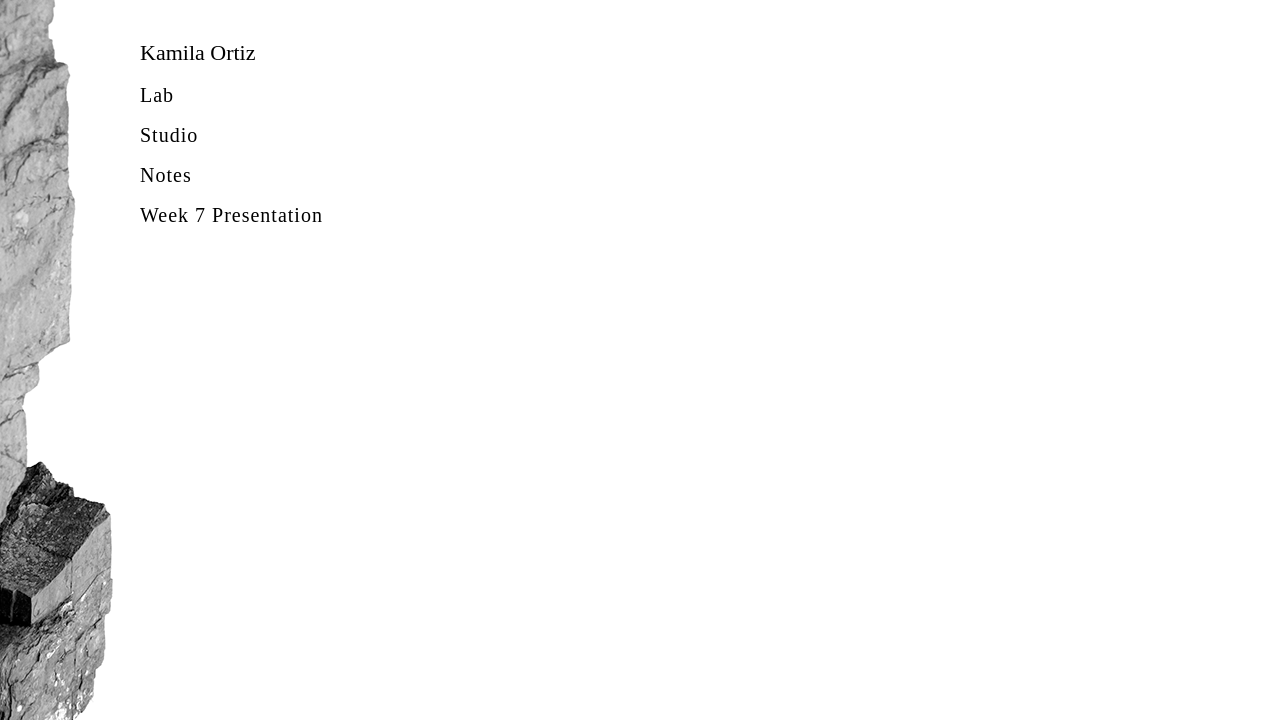
Repository: ortik455/ortik455.github.io
Page: index.html
The author's editor kept a record of every edit. The page is drawn from the files as they stood at one moment, then again after the next edit.
The browser window is 1280 px wide. The pictures show the whole page.

Above is the page before.

### index.html
<!DOCTYPE html>
<html>
	<head>
		<link rel="icon" href="studio/favicon.png" sizes="16x16 32x32" type="image/png">
		<link href="styles/global.css" rel="stylesheet" type="text/css">
		<title>Home Page</title>

	</head>

	<body>
	<div id="main_body">
		<h1>Kamila Ortiz</h1>

		<nav>
        <ul>
            <li><a href="lab/index.html">Lab</a></li>
            <li><a href="studio/index.html">Studio</a></li>
            <li><a href="notes/index.html">Notes</a></li>
            <li><a href="presentation.pdf">Week 7 Presentation</a></li>


        </ul>
    	</nav>
   	</div>
	</body>

</html>

### styles/global.css
html {
	overflow-y: scroll;
}
#main_body {
	background-color: #FFFFFF;
	width: 500px;
	height: 600px;
	padding-top: 20px;
	position: absolute;
	top: 10px;
	left: 140px;
}
div {
	display: block;
}
body {
	background-image: url("../notes/leftrock.png");
	background-repeat: no-repeat;
	font-family: 'Neuton', serif;
    background-color: #ffffff;
    font-size: 18px;
    text-align: center;
    }
p {
    color: black;
    font-size: 14px;
}
h1, h2, h3 {
	width: 160px;
	background-color: #FFFFFF;
    text-align: left;
	color: #000000;
	margin-top: 10px;
	margin-bottom: 0px;
	font-size: 22px;
	font-weight: 300;
	}
h2 {
	margin-bottom: 50px;
	font-size: 14px;
	}
h3 {
	margin-bottom: 50px;
	font-size: 14px;
}
a {
    text-decoration: none;
    font-size: 20px;
    letter-spacing: 1px;
}
nav ul {
	text-align: left;
	padding: 0;
	}
a:link {
    color: #000000;
    }
a:visited {
    color: #000000;
    }
a:hover {
    color: #8A8A8A;
}
li {
	display: block;
	width: 300px;
	height: 40px;
	}
.back {
    font-size: 12px;
    letter-spacing: 0px;
    padding: 10px;
}

After the next edit:
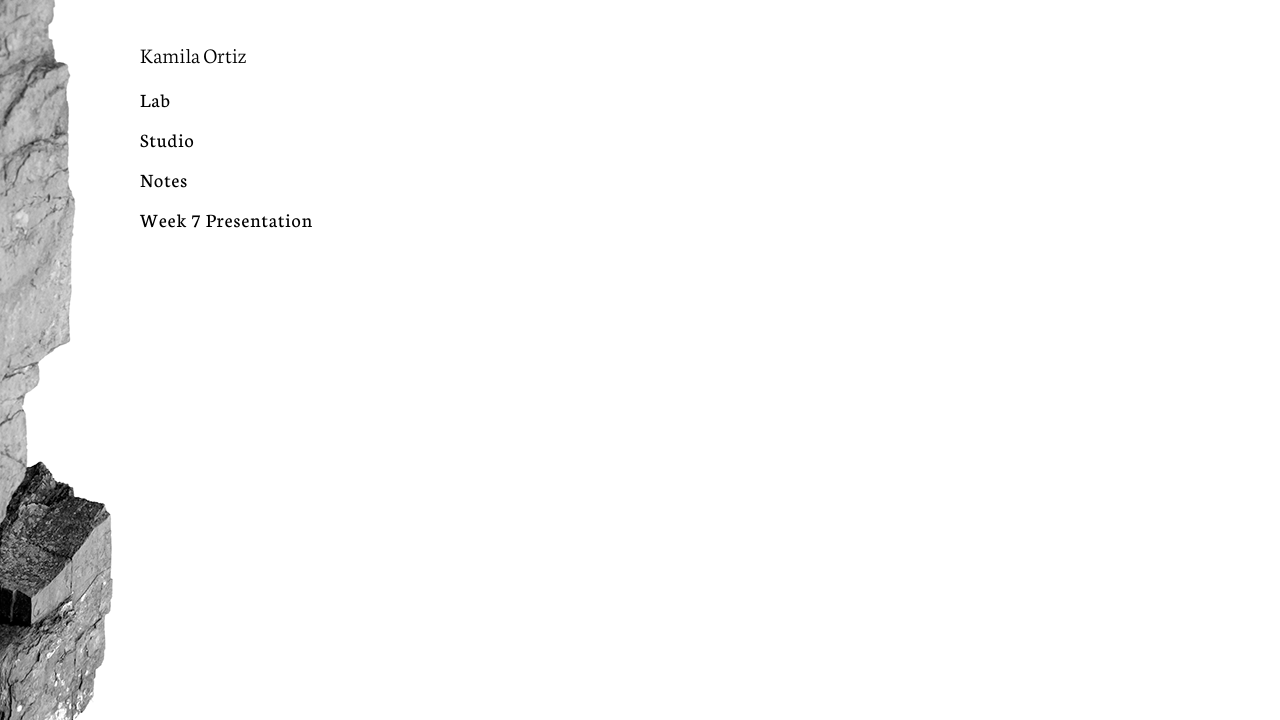
The edit:
--- a/index.html
+++ b/index.html
@@ -3,7 +3,7 @@
 	<head>
 		<link rel="icon" href="studio/favicon.png" sizes="16x16 32x32" type="image/png">
 		<link href="styles/global.css" rel="stylesheet" type="text/css">
-		<title>Home Page</title>
+		<link href='http://fonts.googleapis.com/css?family=Neuton:300,400,700' rel='stylesheet' type='text/css'>		<title>Home Page</title>
 
 	</head>
 
